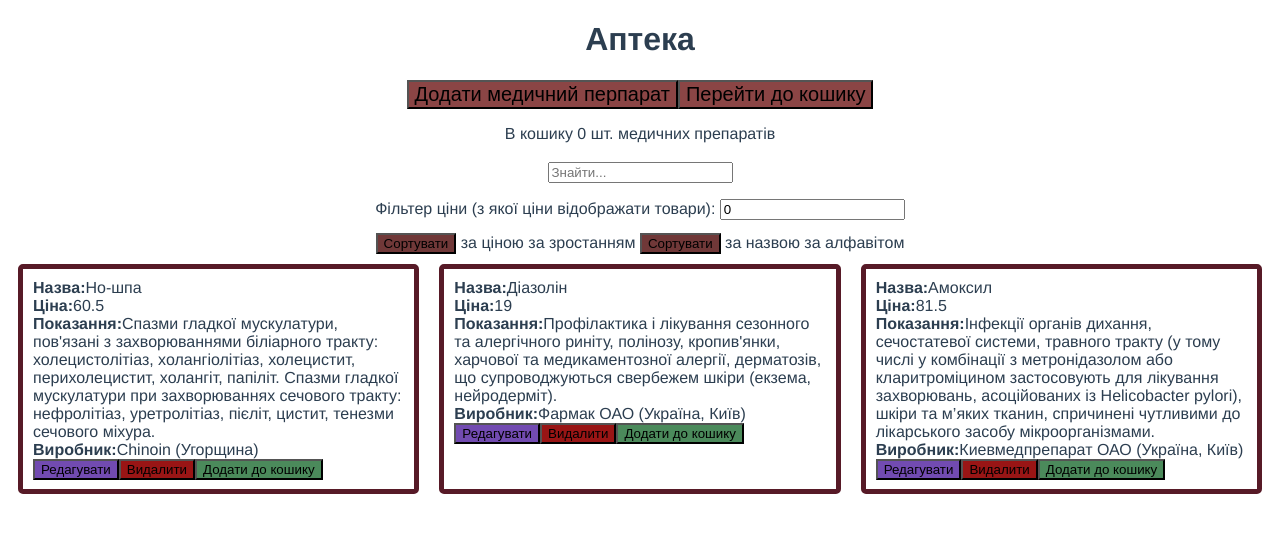
Repository: kristinap8/pharmacy
Page: /
An editor plug-in stored every save of this project. The page is shown before and after the next save, followed by the edit.
The browser window is 1280 px wide. The pictures show the whole page.
The project was rebuilt for these pictures with package versions that can differ from the ones it lists, and the page was loaded fresh each time. Also part of the build but not shown: src/components/AddMedicineForm/index.vue, src/pages/AddMedicine/index.vue, src/components/EditMedicineForm/index.vue, src/pages/EditMedicine/index.vue, src/components/CartForm/index.vue, src/pages/Cart/index.vue.

Above is the page before, as saved 2020-12-10 10:41:29.

### src/main.js
import Vue from 'vue'
import App from './App.vue'
import router from "./router"
import store from "./store"

Vue.config.productionTip = false

new Vue({
  store,
  router,
  render: h => h(App),
}).$mount('#app')

### src/App.vue
<template>
  <div id="app">
    <router-view/>
  </div>
</template>

<script>
export default {
  name: "App",
  components: {},
};
</script>

<style>
#app {
  font-family: Avenir, Helvetica, Arial, sans-serif;
  -webkit-font-smoothing: antialiased;
  -moz-osx-font-smoothing: grayscale;
  color: #2c3e50;
}
</style>

### src/router.js
import Vue from "vue";
import VueRouter from "vue-router";
import AddMedicine from "@/pages/AddMedicine";
import EditMedicine from "@/pages/EditMedicine";
import AllMedicines from "@/pages/AllMedicines";
import Cart from "@/pages/Cart";

Vue.use(VueRouter);

const routes=[
    {
        path:'/',
        name:'all-medicines',
        component:AllMedicines
    },
    {
        path:'/edit_medicine/:medicine_id',
        name:'edit-medicine',
        component:EditMedicine
    },
    {
        path:'/add_medicine',
        name:'add-medicine',
        component:AddMedicine
    },
    {
        path:'/cart',
        name:'cart',
        component:Cart
    },

]

const router=new VueRouter({
    mode:"history",
    routes
});

export default router;

### src/store/index.js
import Vue from "vue";
import Vuex from "vuex";
import { v4 as uuid_v4 } from 'uuid'

Vue.use(Vuex)
const store=new Vuex.Store({
    state:{
      medicinesList:[
          {
              id:1,
              name:'Но-шпа',
              price:60.5,
              requirements:"Спазми гладкої мускулатури, пов'язані з захворюваннями біліарного тракту: холецистолітіаз, холангіолітіаз, холецистит, перихолецистит, холангіт, папіліт. Спазми гладкої мускулатури при захворюваннях сечового тракту: нефролітіаз, уретролітіаз, пієліт, цистит, тенезми сечового міхура.",
              maker:"Chinoin (Угорщина)"

          },
          {
            id:2,
            name:"Діазолін",
            price:19,
            requirements:"Профілактика і лікування сезонного та алергічного риніту, полінозу, кропив'янки, харчової та медикаментозної алергії, дерматозів, що супроводжуються свербежем шкіри (екзема, нейродерміт).",
            maker:"Фармак ОАО (Україна, Київ)"

        },
        {
            id:3,
            name:"Амоксил",
            price:81.5,
            requirements:"Інфекції органів дихання, сечостатевої системи, травного тракту (у тому числі у комбінації з метронідазолом або кларитроміцином застосовують для лікування захворювань, асоційованих із Helicobacter pylori), шкіри та м’яких тканин, спричинені чутливими до лікарського засобу мікроорганізмами.",
            maker:"Киевмедпрепарат ОАО (Україна, Київ)"

        }
      ],
      cart:[],
      cartItemsCount:0
    },
    mutations:{
        addMedicine(state, data) {
            state.medicinesList.push({
             id: uuid_v4(),
             ...data,
           })
         },
         deleteMedicine(state,id){
             let medicines=state.medicinesList.filter(medicine=>medicine.id!=id)
             state.medicinesList=medicines;
         },
         editMedicine(state,medicine){
             state.medicinesList.forEach(m=>{
                 if(m.id==medicine.id){
                     m=medicine;
                 }
             } )
         },
         addToCart(state,medicine){
            let isMedicineExists=state.cart.find(m => m.id == medicine.id);

            if (isMedicineExists) {
                isMedicineExists.quantity ++;
                isMedicineExists.totalPrice = (isMedicineExists.quantity * isMedicineExists.price).toFixed(2);
            } else {
                state.cart.push(medicine);

                Vue.set(medicine, 'quantity', 1);
                Vue.set(medicine, 'totalPrice', medicine.price);
            }
             state.cartItemsCount++
         },
         deleteItemFromCart(state,medicine){
            let index = state.cart.indexOf(medicine);
            if (index > -1) {
                let item= state.cart[index];
                if(item.quantity>1)
                {
                    state.cartItemsCount--;
                    item.quantity--;
                    item.totalPrice-=item.price;
                }
                else{
                    state.cartItemsCount -= item.quantity;
                    state.cart.splice(index, 1);
                }

            }
         }
    },
    actions:{
        addMedicine({ commit }, medicine) {
            commit('addMedicine', medicine)
         },
          deleteMedicine({commit},id){
              commit('deleteMedicine',id)
          },
          editMedicine({commit},medicine){
              commit('editMedicine',medicine)
          },
          addToCart({commit},medicine){
              commit('addToCart',medicine)
          },
          deleteItemFromCart({commit},medicine){
              commit("deleteItemFromCart",medicine)
          }

    },
    getters:{
        getMedicines:(state)=> state.medicinesList,
        getMedicineById:(state)=>(id)=>{return state.medicinesList.find(m=>m.id===id)},
        getMedicinesInCart:(state)=>state.cart,
     },
    modules:{

    }
})

export default store

### src/pages/AllMedicines/index.vue
<template>
    <div>
        <h1 class="header">Аптека</h1>
        <div class='btns'>
        <router-link to="/add_medicine" tag="button" class='add-btn'>Додати медичний перпарат</router-link>
        <router-link to="/cart" tag="button" class='cart-btn'>Перейти до кошику</router-link>
        </div>
        <p class="cart-count">В кошику {{this.$store.state.cartItemsCount}} шт. медичних препаратів</p>
     <medicines-list/>
    </div>
</template>

<script>

import MedicinesList from "../../components/MedicinesList"
    export default {
        name:"AllMedicine",
        components: {
            MedicinesList,
        },

    }
</script>

<style lang="scss" scoped>
 .header{
      text-align: center;
  }
  .cart-count{
   text-align: center;
  }
  .btns{
      text-align: center;
  }
  .add-btn{
      background:rgb(139, 69, 69);
      font-size:20px;
  }
  .cart-btn{
      background:rgb(139, 69, 69);
      font-size:20px;
  }
</style>

### src/components/MedicinesList/index.vue
<template>
    <div>
        <div class="search-filter">
          <input type="text" placeholder="Знайти..." v-model="search"/><br/>
        </div>
        <div class="price-filter">
          <label>
          Фільтер ціни (з якої ціни відображати товари):
          <input type="number" v-model="price"/>
          </label>
        </div>
        <div class="sort">
              <button id="s" @click="sortByPrice">Сортувати</button>
                за ціною {{sortByPriceDir}}
                <button id="s" @click="sortByName">Сортувати</button>
                за назвою {{sortByNameDir}}
        </div>
    <div class="list-container">
    <medicine-card
    v-for="medicine in filteredMedicines"
    :key="medicine.id"
    :id="medicine.id"
    :name="medicine.name"
    :price="medicine.price"
    :requirements="medicine.requirements"
    :maker="medicine.maker"
    />
     </div>
    </div>
</template>

<script>
import { mapGetters } from 'vuex'
import MedicineCard from "./MedicineCard"
    export default {
        name:"MedicinesList",
        data() {
            return {
                search:"",
                price:0,
                sortByPriceDir:"за зростанням",
                sortByNameDir:"за алфавітом"
            }
        },
        components: {
        MedicineCard,
        },
        computed: {
            ...mapGetters(['getMedicines']),
            filteredMedicines() {
           return this.getMedicines
             .filter((m) => {
              return (
              m.name.toLowerCase().includes(this.search.toLowerCase()) ||
              m.maker.toLowerCase().includes(this.search.toLowerCase()) ||
              m.requirements.toLowerCase().includes(this.search.toLowerCase())||
              m.price==Number(this.search)
            );})
            .filter((m)=>{
                return(
                   m.price >= Number(this.price)
                )
            })
            },
       },
        }


//var sortByName = function (d1, d2) {return (d1.name.toLowerCase() > d2.name.toLowerCase()) ? 1 : -1;};
//var sortByPrice = function (d1, d2) { return (d1.price > d2.price) ? 1 : -1; };
</script>

<style lang="scss" scoped>
  .list-container{
      display: flex;
  }
  .search-filter{
      text-align: center;
      margin:10px;
      padding: 3px;
  }
  .price-filter{
      text-align: center;
      margin:10px;
      padding: 3px;
  }
  .sort{
      text-align: center;
  }
  #s{
      background:rgb(112, 56, 56);
  }
</style>

### src/components/MedicinesList/MedicineCard/index.vue
<template>
    <div class="card-container">
    <div><b>Назва:</b>{{name}}</div>
    <div><b>Ціна:</b>{{price}}</div>
    <div><b>Показання:</b>{{requirements}}</div>
    <div><b>Виробник:</b>{{maker}}</div>
    <button @click="onEditMedicine" class="edit-btn">Редагувати</button>
    <button @click="onDeleteMedicine(id)" class="delete-btn">Видалити</button>
    <button @click="onAddToCart({id,name,price,requirements,maker})" class="add-btn">Додати до кошику</button>
    </div>
</template>

<script>
import { mapActions } from 'vuex'
  export default {
        name:"MedicineCard",
        props: {
            id: {
                type: [String,Number],
                required:true,
            },
            name: {
                type: String,
                default:"Назва препарату не вказана"
            },
            price:{
                type:[String,Number],
                default:0
            },
            requirements:{
                type:String,
                default:"Показань до застосування не вказано"
            },
            maker:{
                type:String,
                default:"Виробника не вказано"
            }

        },
        methods: {
            onDeleteMedicine(id) {
                this.$store.dispatch("deleteMedicine",id)
             },
            onEditMedicine(){
                this.$router.push({
                    name:'edit-medicine',
                    params:{medicine_id:this.id}
                })
            },
            ...mapActions(['addToCart']),
            onAddToCart(item){
                this.$store.dispatch('addToCart',item)
            }
        },
    }
</script>

<style lang="scss" scoped>
.card-container{
  width: 400px;
  height: 200px;
  border: 5px solid rgb(87, 26, 39);
  border-radius: 5px;
  padding: 10px;
  margin: 10px;
  text-align: left;
}
.add-btn{
    background:rgb(75, 138, 91)
}
.edit-btn{
    background:rgb(114, 75, 177)
}
.delete-btn{
    background:rgb(153, 21, 21)
}
</style>

Loaded but not shown: public/index.html (common file)

After the next save:
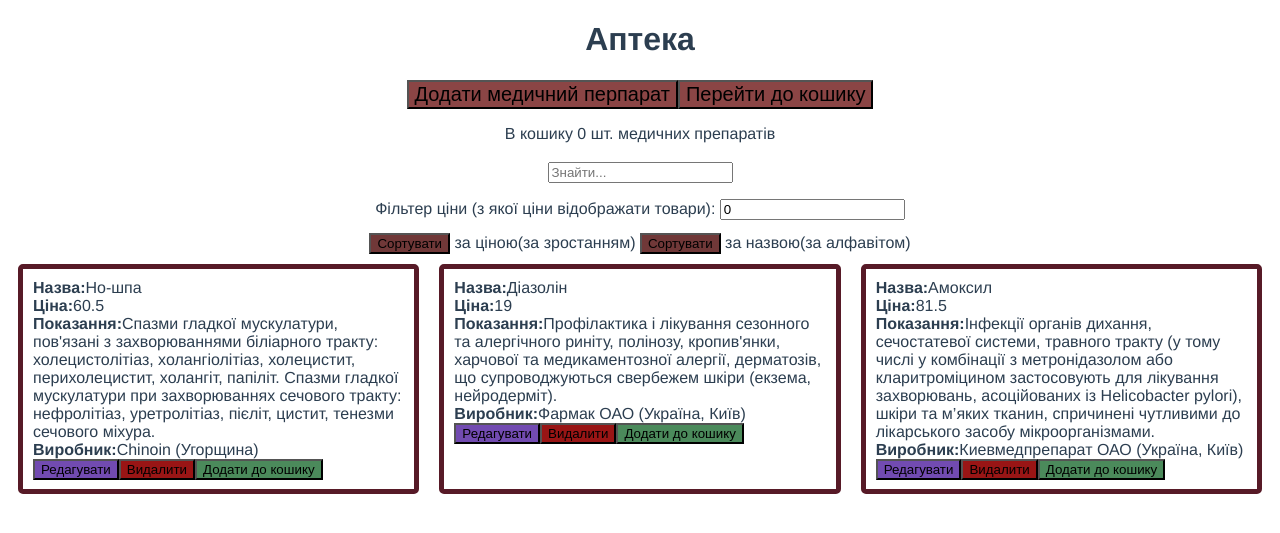
Saved 19 s later.
--- a/src/components/MedicinesList/index.vue
+++ b/src/components/MedicinesList/index.vue
@@ -11,9 +11,9 @@
         </div>
         <div class="sort">
               <button id="s" @click="sortByPrice">Сортувати</button>
-                за ціною {{sortByPriceDir}}
+                за ціною({{sortByPriceDir}})
                 <button id="s" @click="sortByName">Сортувати</button>
-                за назвою {{sortByNameDir}}
+                за назвою({{sortByNameDir}})
         </div>
     <div class="list-container">
     <medicine-card
